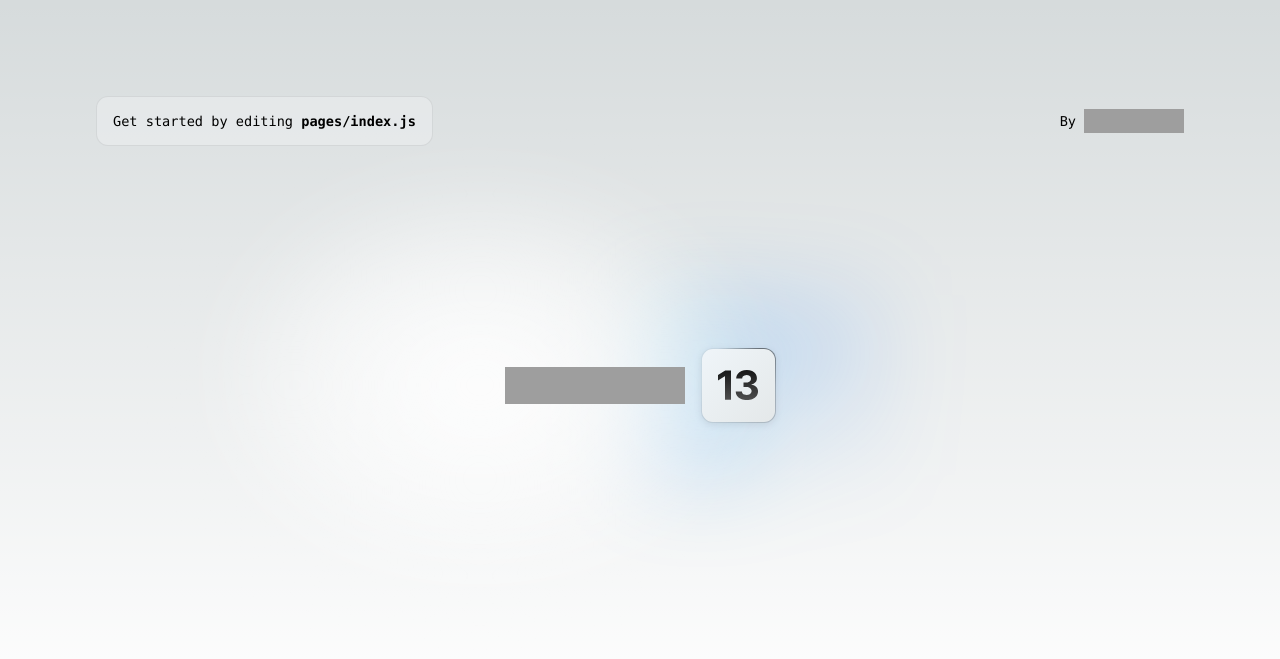
Repository: KushalK04/week3
Page: /
The author's editor kept a copy of each file at every save. The page is drawn from the files as they stood at one save, then again after the next save.
The browser window is 1280 px wide. The pictures show the whole page.
Pictures or frames that could not be fetched are drawn as grey boxes. The project was rebuilt for these pictures with package versions that can differ from the ones it lists, and the page was loaded fresh each time. The framework's server and built-in components were replaced by stand-ins that run in the browser. Also part of the build but not shown: next.config.js.

Above is the page before, as saved 2023-01-16 14:29:07.

After the next save:
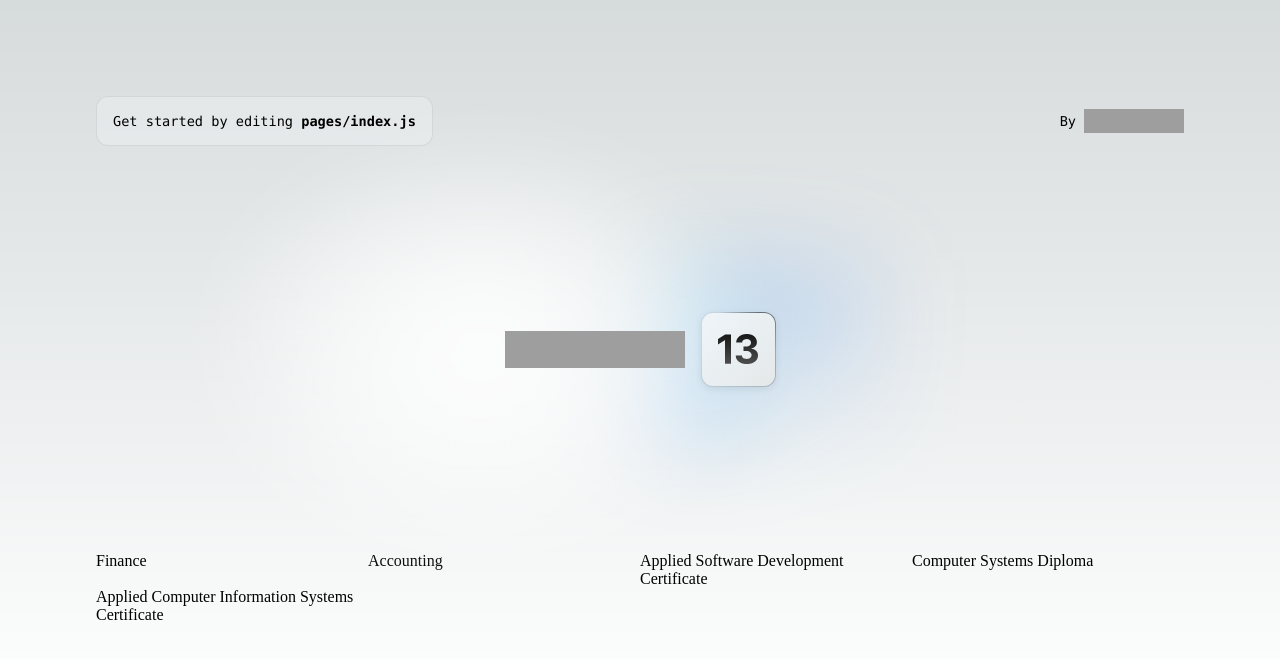
Saved 34 s later.
--- a/pages/index.js
+++ b/pages/index.js
@@ -68,7 +68,9 @@ export default function Home() {
         <div className={styles.grid}>
           {
             information && information.map((info, index) => {
-
+              return(
+                <div>{info.degree}</div>
+              )
             })
           }
         </div>
